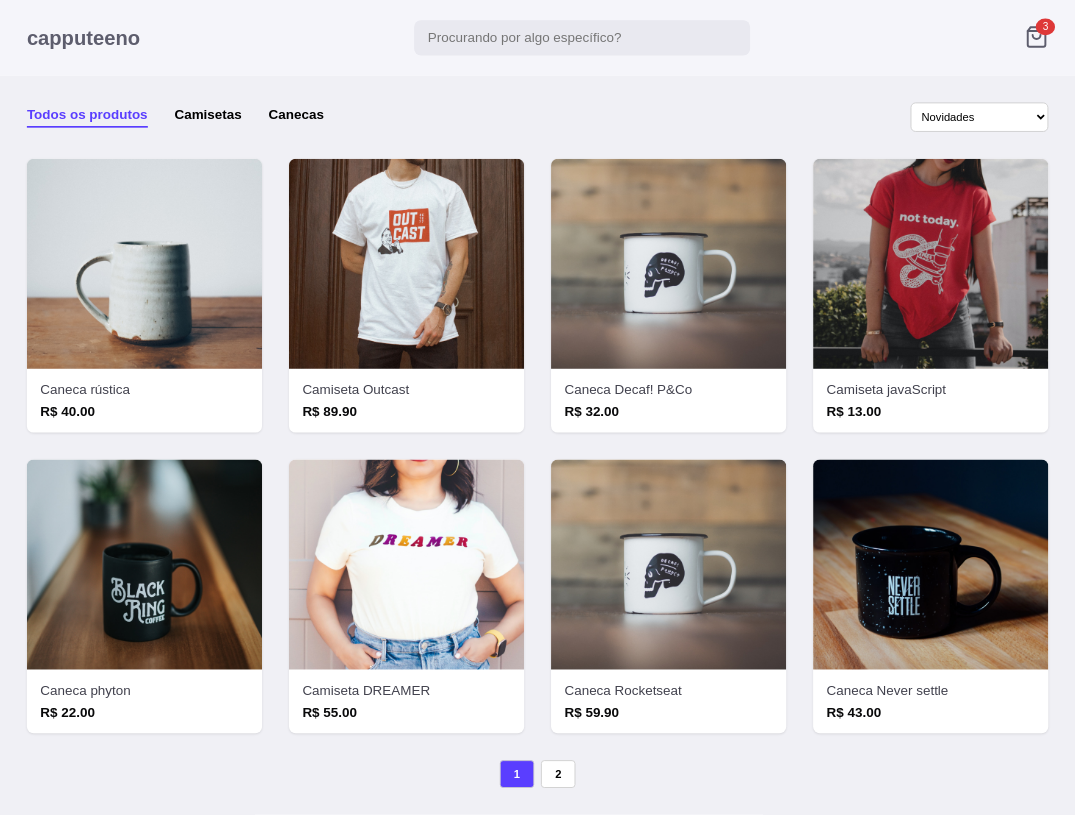
Repository: Biel-barbosa/capputeenoecomerce
Page: /
An editor plug-in stored every save of this project. The page is shown before and after the next save, followed by the edit.
The browser window is 1280 px wide. The pictures show the whole page, at 84% of full size.
The project was rebuilt for these pictures with package versions that can differ from the ones it lists, and the page was loaded fresh each time. The framework's server and built-in components were replaced by stand-ins that run in the browser. Also part of the build but not shown: next.config.ts.

Above is the page before, as saved 2025-04-23 11:36:29.

### src/app/page.tsx
'use client'
import { useState, useMemo } from 'react'
import styled from 'styled-components'
import Header from '../components/Header'
import { products as allProducts} from '../data/products'
import ProductCard from '@/components/ProductCard'
import Pagination from '@/components/Pagination'

const Container = styled.main`
  padding: 2rem;
  background-color: #f0f0f5;
`

const FiltersWrapper = styled.div`
  display: flex;
  justify-content: space-between;
  align-items: center;
  flex-wrap: wrap;
  margin-bottom: 2rem;
`

const Categories = styled.div`
  display: flex;
  gap: 2rem;

  button {
    background: none;
    border: none;
    font-weight: 600;
    font-size: 1rem;
    cursor: pointer;
    border-bottom: 2px solid transparent;
    padding-bottom: 4px;
    transition: 0.2s;

    &.active {
      color: #5a3eff;
      border-color: #5a3eff;
    }
  }
`

const SortSelect = styled.select`
  background: #fff;
  padding: 0.5rem;
  border-radius: 6px;
  border: 1px solid #ccc;
`

const ProductsGrid = styled.section`
  display: grid;
  grid-template-columns: repeat(auto-fill, minmax(250px, 1fr));
  gap: 2rem;
`

const PaginationWrapper = styled.div`
  display: flex;
  justify-content: center;
  margin-top: 2rem;
`

const HomePage = () => {
  const [category, setCategory] = useState('all')
  const [searchTerm, setSearchTerm] = useState('')
  const [sortOption, setSortOption] = useState('newest')
  const [currentPage, setCurrentPage] = useState(1)

  const itemsPerPage = 8

  const filteredProducts = useMemo(() => {
    let products = allProducts.filter((product) => {
      const matchesCategory = category === 'all' || product.category === category
      const matchesSearch = product.title.toLowerCase().includes(searchTerm.toLowerCase())
      return matchesCategory && matchesSearch
    })

    if (sortOption === 'price-asc') {
      products = products.sort((a, b) => a.price - b.price)
    } else if (sortOption === 'price-desc') {
      products = products.sort((a, b) => b.price - a.price)
    } else if (sortOption === 'bestsellers') {
      products = products.sort((a, b) => b.sales - a.sales)
    } else {
      products = products.sort((a, b) => new Date(b.createdAt).getTime() - new Date(a.createdAt).getTime())
    }

    return products
  }, [category, searchTerm, sortOption])

  const totalPages = Math.ceil(filteredProducts.length / itemsPerPage)
  const paginatedProducts = filteredProducts.slice(
    (currentPage - 1) * itemsPerPage,
    currentPage * itemsPerPage
  )

  return (
    <>
      <Header onSearch={setSearchTerm} />
      <Container>
        <FiltersWrapper>
          <Categories>
            {['all', 't-shirts', 'mugs'].map((cat) => (
              <button
                key={cat}
                className={category === cat ? 'active' : ''}
                onClick={() => setCategory(cat)}
              >
                {cat === 'all' ? 'Todos os produtos' : cat === 't-shirts' ? 'Camisetas' : 'Canecas'}
              </button>
            ))}
          </Categories>

          <SortSelect value={sortOption} onChange={(e) => setSortOption(e.target.value)}>
            <option value="newest">Novidades</option>
            <option value="price-desc">Preço: Maior - menor</option>
            <option value="price-asc">Preço: Menor - maior</option>
            <option value="bestsellers">Mais vendidos</option>
          </SortSelect>
        </FiltersWrapper>

        <ProductsGrid>
          {paginatedProducts.map((product) => (
            <ProductCard key={product.id} product={product} />
          ))}
        </ProductsGrid>

        <PaginationWrapper>
          <Pagination
            currentPage={currentPage}
            totalPages={totalPages}
            onPageChange={setCurrentPage}
          />
        </PaginationWrapper>
      </Container>
    </>
  )
}

export default HomePage

### src/components/Header.tsx
'use client';
import styled from 'styled-components';
import { FiShoppingBag } from 'react-icons/fi';

type HeaderProps = {
  onSearch?: (value: string) => void;
};

const HeaderContainer = styled.header`
  width: 100%;
  padding: 1.5rem 2rem;
  display: flex;
  align-items: center;
  justify-content: space-between;
  background-color: #f5f5fa;
  flex-wrap: wrap;
  gap: 1rem;
`;

const Logo = styled.h1`
  font-size: 1.5rem;
  font-weight: 600;
  color: #5d5d6d;
`;

const SearchInput = styled.input`
  flex: 1;
  max-width: 400px;
  margin: 0 2rem;
  padding: 0.75rem 1rem;
  border: none;
  border-radius: 8px;
  background: #e9e9f0;
  font-size: 1rem;
  color: #737380;

  &:focus {
    outline: 2px solid #115d8c;
  }

  @media (max-width: 768px) {
    margin: 0;
    width: 100%;
    order: 3;
  }
`;

const CartButton = styled.button`
  position: relative;
  background: none;
  border: none;
  cursor: pointer;

  svg {
    font-size: 1.75rem;
    color: #5d5d6d;
  }
`;

const CartCount = styled.span`
  position: absolute;
  top: -8px;
  right: -8px;
  background-color: #de3838;
  color: white;
  border-radius: 50%;
  font-size: 0.75rem;
  padding: 0.25rem 0.5rem;
  line-height: 1;
`;

const Header = ({ onSearch }: HeaderProps) => {
  const cartItemCount = 3; // Trocar por dados reais depois

  return (
    <HeaderContainer>
      <Logo>capputeeno</Logo>

      <SearchInput
        type="text"
        placeholder="Procurando por algo específico?"
        onChange={(e) => onSearch?.(e.target.value)}
      />

      <CartButton>
        <FiShoppingBag />
        <CartCount>{cartItemCount}</CartCount>
      </CartButton>
    </HeaderContainer>
  );
};

export default Header;

### src/data/products.ts
export type Product = {
    id: string;
    title: string;
    image: string;
    price: number;
    category: 't-shirts' | 'mugs';
    description: string;
    createdAt: Date;
    sales: number;
};

export const products: Product[] = [
    {
        id: '1',
        title: 'Camiseta not today.',
        image: '/images/Camiseta-not-today.jpg',
        price: 78.0,
        category: 't-shirts',
        description: 'Aqui vem um texto descritivo do produto, esta caixa de texto servirá apenas de exemplo para que simule algum texto que venha a ser inserido nesse campo, descrevendo tal produto.',
        createdAt: new Date('2024-03-01'),
        sales: 30,
    },
    {
        id: '2',
        title: 'Caneca rústica',
        image: '/images/Caneca-ceramica-rustica.jpg',
        price: 40.0,
        category: 'mugs',
        description: 'Aqui vem um texto descritivo do produto, esta caixa de texto servirá apenas de exemplo para que simule algum texto que venha a ser inserido nesse campo, descrevendo tal produto.',
        createdAt: new Date('2024-04-10'),
        sales: 80,
    },
    {
        id: '3',
        title: 'Camiseta Broken Saints',
        image: '/images/Camiseta-broken-saints.jpg',
        price: 58.0,
        category: 't-shirts',
        description: 'Aqui vem um texto descritivo do produto, esta caixa de texto servirá apenas de exemplo para que simule algum texto que venha a ser inserido nesse campo, descrevendo tal produto.',
        createdAt: new Date('2024-01-15'),
        sales: 45,
    },
    {
        id: '4',
        title: 'Caneca Black Ring',
        image: '/images/Caneca-Black-Ring.jpg',
        price: 32.0,
        category: 'mugs',
        description: 'Aqui vem um texto descritivo do produto, esta caixa de texto servirá apenas de exemplo para que simule algum texto que venha a ser inserido nesse campo, descrevendo tal produto.',
        createdAt: new Date('2024-02-20'),
        sales: 60,
    },
    {
        id: '5',
        title: 'Camiseta Outcast',
        image: '/images/Camiseta-outcast.jpg',
        price: 89.9,
        category: 't-shirts',
        description: 'Aqui vem um texto descritivo do produto, esta caixa de texto servirá apenas de exemplo para que simule algum texto que venha a ser inserido nesse campo, descrevendo tal produto.',
        createdAt: new Date('2024-04-05'),
        sales: 50,
    },
    {
        id: '6',
        title: 'Caneca The Grounds',
        image: '/images/Caneca-The-Grounds.jpg',
        price: 85.0,
        category: 'mugs',
        description: 'Aqui vem um texto descritivo do produto, esta caixa de texto servirá apenas de exemplo para que simule algum texto que venha a ser inserido nesse campo, descrevendo tal produto.',
        createdAt: new Date('2024-03-10'),
        sales: 75,
    },
    {
        id: '7',
        title: 'Camiseta evening',
        image: '/images/Camiseta-evening.jpg',
        price: 69.9,
        category: 't-shirts',
        description: 'Aqui vem um texto descritivo do produto, esta caixa de texto servirá apenas de exemplo para que simule algum texto que venha a ser inserido nesse campo, descrevendo tal produto.',
        createdAt: new Date('2024-03-11'),
        sales: 62,
    },
    {
        id: '8',
        title: 'Caneca preto fosco',
        image: '/images/Caneca-preto-fosco.jpg',
        price: 28.0,
        category: 'mugs',
        description: 'Aqui vem um texto descritivo do produto, esta caixa de texto servirá apenas de exemplo para que simule algum texto que venha a ser inserido nesse campo, descrevendo tal produto.',
        createdAt: new Date('2024-03-12'),
        sales: 58,
    },
    {
        id: '9',
        title: 'Caneca Never settle',
        image: '/images/Caneca-Never-settle.jpg',
        price: 43.0,
        category: 'mugs',
        description: 'Aqui vem um texto descritivo do produto, esta caixa de texto servirá apenas de exemplo para que simule algum texto que venha a ser inserido nesse campo, descrevendo tal produto.',
        createdAt: new Date('2024-03-13'),
        sales: 54,
    },
    {
        id: '10',
        title: 'Caneca Rocketseat',
        image: '/images/Caneca-Decaf!-P&Co.jpg',
        price: 59.9,
        category: 'mugs',
        description: 'Aqui vem um texto descritivo do produto, esta caixa de texto servirá apenas de exemplo para que simule algum texto que venha a ser inserido nesse campo, descrevendo tal produto.',
        createdAt: new Date('2024-03-14'),
        sales: 48,
    },
    {
        id: '11',
        title: 'Camiseta DREAMER',
        image: '/images/Camiseta-DREAMER.jpg',
        price: 55.0,
        category: 't-shirts',
        description: 'Aqui vem um texto descritivo do produto, esta caixa de texto servirá apenas de exemplo para que simule algum texto que venha a ser inserido nesse campo, descrevendo tal produto.',
        createdAt: new Date('2024-03-15'),
        sales: 52,
    },
    {
        id: '12',
        title: 'Caneca Decaf! P&Co',
        image: '/images/Caneca-Decaf!-P&Co.jpg',
        price: 32.0,
        category: 'mugs',
        description: 'Aqui vem um texto descritivo do produto, esta caixa de texto servirá apenas de exemplo para que simule algum texto que venha a ser inserido nesse campo, descrevendo tal produto.',
        createdAt: new Date('2024-03-16'),
        sales: 70,
    },
    {
        id: '13',
        title: 'Camiseta javaScript',
        image: '/images/Camiseta-not-today.jpg',
        price: 13.0,
        category: 't-shirts',
        description: 'Aqui vem um texto descritivo do produto, esta caixa de texto servirá apenas de exemplo para que simule algum texto que venha a ser inserido nesse campo, descrevendo tal produto.',
        createdAt: new Date('2024-03-16'),
        sales: 70,
    },
    {
        id: '14',
        title: 'Caneca phyton',
        image: '/images/Caneca-Black-Ring.jpg',
        price: 22.0,
        category: 'mugs',
        description: 'Aqui vem um texto descritivo do produto, esta caixa de texto servirá apenas de exemplo para que simule algum texto que venha a ser inserido nesse campo, descrevendo tal produto.',
        createdAt: new Date('2024-03-16'),
        sales: 70,
    },
];

export function getProductById(id: string) {
    return products.find((product) => product.id === id);
}

### src/components/ProductCard.tsx
import styled from 'styled-components'
import { Product } from '../data/products'
import Image from 'next/image'

const Card = styled.div`
  background: white;
  border-radius: 8px;
  overflow: hidden;
  box-shadow: 0px 1px 3px rgba(0, 0, 0, 0.1);
  display: flex;
  flex-direction: column;
`

const ImageWrapper = styled.div`
  position: relative;
  width: 100%;
  height: 250px;
`

const Info = styled.div`
  padding: 1rem;
  display: flex;
  flex-direction: column;
  gap: 0.5rem;
`

const Title = styled.h3`
  font-size: 1rem;
  font-weight: 400;
  color: #41414d;
`

const Price = styled.p`
  font-weight: 600;
  font-size: 1rem;
  color: #09090a;
`

type Props = {
    product: Product
}

const ProductCard = ({ product }: Props) => {
    return (
        <Card>
            <ImageWrapper>
                <Image
                    src={product.image}
                    alt={product.title}
                    fill
                    style={{ objectFit: 'cover' }}
                    sizes="(max-width: 768px) 100vw, 25vw"
                />
            </ImageWrapper>
            <Info>
                <Title>{product.title}</Title>
                <Price>R$ {product.price.toFixed(2)}</Price>
            </Info>
        </Card>
    )
}

export default ProductCard

### src/components/Pagination.tsx
import styled from 'styled-components'

const PaginationContainer = styled.div`
  display: flex;
  gap: 0.5rem;
  justify-content: center;
  align-items: center;
`

const PageButton = styled.button<{ active?: boolean }>`
  padding: 0.5rem 1rem;
  background-color: ${({ active }) => (active ? '#5a3eff' : '#fff')};
  color: ${({ active }) => (active ? '#fff' : '#000')};
  border: 1px solid #ccc;
  border-radius: 4px;
  cursor: pointer;
  font-weight: 600;

  &:hover {
    background-color: ${({ active }) => (active ? '#5a3eff' : '#eee')};
  }
`

type Props = {
    currentPage: number
    totalPages: number
    onPageChange: (page: number) => void
}

const Pagination = ({ currentPage, totalPages, onPageChange }: Props) => {
    const pages = Array.from({ length: totalPages }, (_, i) => i + 1)

    return (
        <PaginationContainer>
            {pages.map((page) => (
                <PageButton
                    key={page}
                    onClick={() => onPageChange(page)}
                    active={page === currentPage}
                >
                    {page}
                </PageButton>
            ))}
        </PaginationContainer>
    )
}

export default Pagination

Loaded but not shown: src/app/layout.tsx (common file); src/app/globals.css (common file)

After the next save:
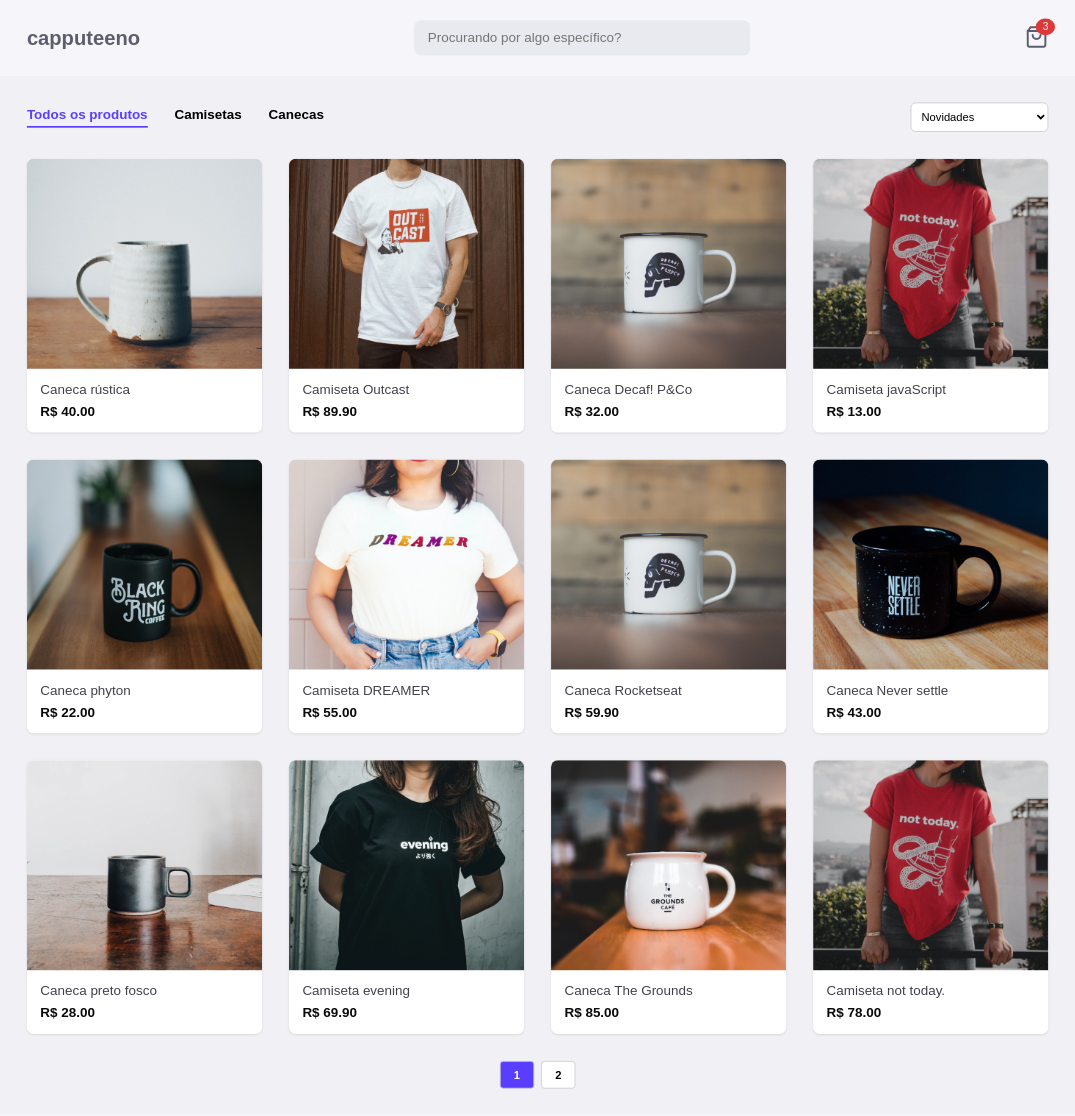
Saved 7 min 16 s later.
--- a/src/app/page.tsx
+++ b/src/app/page.tsx
@@ -65,7 +65,7 @@ const HomePage = () => {
   const [sortOption, setSortOption] = useState('newest')
   const [currentPage, setCurrentPage] = useState(1)
 
-  const itemsPerPage = 8
+  const itemsPerPage = 12
 
   const filteredProducts = useMemo(() => {
     let products = allProducts.filter((product) => {
